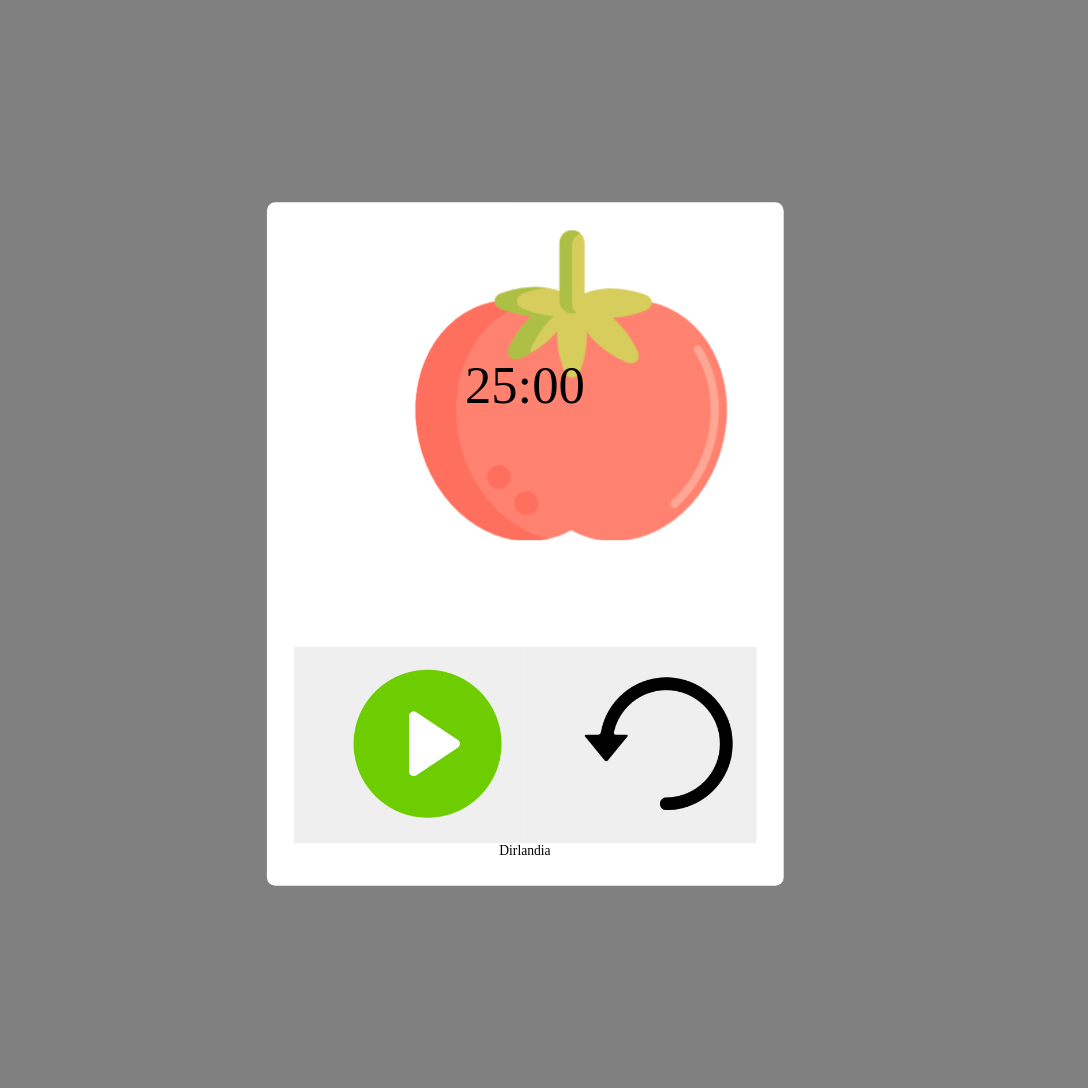
Repository: Dirlandia404/pomodoro
Page: /
The author's editor kept a copy of each file at every save. The page is drawn from the files as they stood at one save, then again after the next save.
The browser window is 1280 px wide. The pictures show the whole page, at 85% of full size.
The project was rebuilt for these pictures with package versions that can differ from the ones it lists, and the page was loaded fresh each time.

Above is the page before, as saved 2021-11-25 10:33:22.

### public/index.html
<!DOCTYPE html>
<html lang="en">

<head>
  <meta charset="utf-8" />
  <link rel="icon" href="%PUBLIC_URL%/image 1.png" />
  <meta name="viewport" content="width=device-width, initial-scale=1" />
  <meta name="theme-color" content="#000000" />
  <meta name="description" content="Web site created using create-react-app" />
  <link rel="apple-touch-icon" href="%PUBLIC_URL%/logo192.png" />
  <!--
      manifest.json provides metadata used when your web app is installed on a
      user's mobile device or desktop. See https://developers.google.com/web/fundamentals/web-app-manifest/
    -->
  <link rel="manifest" href="%PUBLIC_URL%/manifest.json" />
  <!--
      Notice the use of %PUBLIC_URL% in the tags above.
      It will be replaced with the URL of the `public` folder during the build.
      Only files inside the `public` folder can be referenced from the HTML.

      Unlike "/favicon.ico" or "favicon.ico", "%PUBLIC_URL%/favicon.ico" will
      work correctly both with client-side routing and a non-root public URL.
      Learn how to configure a non-root public URL by running `npm run build`.
    -->
  <title>Pomodoro Clock</title>
</head>

<body>
  <noscript>You need to enable JavaScript to run this app.</noscript>
  <div id="root"></div>
  <!--
      This HTML file is a template.
      If you open it directly in the browser, you will see an empty page.

      You can add webfonts, meta tags, or analytics to this file.
      The build step will place the bundled scripts into the <body> tag.

      To begin the development, run `npm start` or `yarn start`.
      To create a production bundle, use `npm run build` or `yarn build`.
    -->
</body>

</html>

### src/index.jsx
import React from "react";
import ReactDOM from "react-dom";
import Clock from "./componentes/Primeiro";

function App() {
    const  tempo ={time:25};

    return(
        <div className="App">
            <Clock trabalho={tempo} />
        </div>
    );
}
ReactDOM.render(
    <App />,
    document.getElementById("root")
)

### src/componentes/Primeiro.jsx
import { useEffect, useState } from "react";
import "./componente.css";

function Clock(props){
  const [time, setTime] = useState(25);

    const tick = () =>{
        if(time === 0){
            reset();
        }else{
            setTime([time -1]);
        }
    }
    const reset = () => setTime(parseInt(time));

    useEffect(() =>{
        const timerId = setInterval(() => tick, 60);
        return () => clearInterval(timerId)
    })
    return (
        <main>
            <form action="">
                <img src="/tomato.svg" alt="Tomate" />
                <p className="time">25:00</p>
                <div className="butoes">
                    <button className="play">
                        <img src="./botao-play.png" alt="" />
                    </button>

                    <button className="reset">
                        <img src="./seta-circular.png" alt="" />
                    </button>
                </div>
            </form>
           <p >Dirlandia</p>
        </main>
    );
}

export default Clock

### src/componentes/componente.css
*{
    margin: 0;
    border: 0;
    padding: 0;
}
body{
    background-color: grey;
    min-width: 100vw;
    min-height: 100vw;
    display: flex;

    text-align: center;
    align-items: center;
    justify-content: center;
}
main {
    background-color: white;
    min-width: 320px;
    max-width: 50%;
    min-height: 40vw;
    margin-left: 20%;

    justify-content: center;

    padding: 2rem;
    border-radius: 10px;

}

form{
    display: flex;
    flex-direction: column;
}

img{
    width: 80%;
    margin-left: 20%;
}
p.time {
    padding: 10%;
    font-size: 62px;
    margin-top: -50%;
}
div.butoes{
    align-items: center;
}
button{
    padding: 5%;
    margin-top: 40%;
    width: 50%;
}

After the next save:
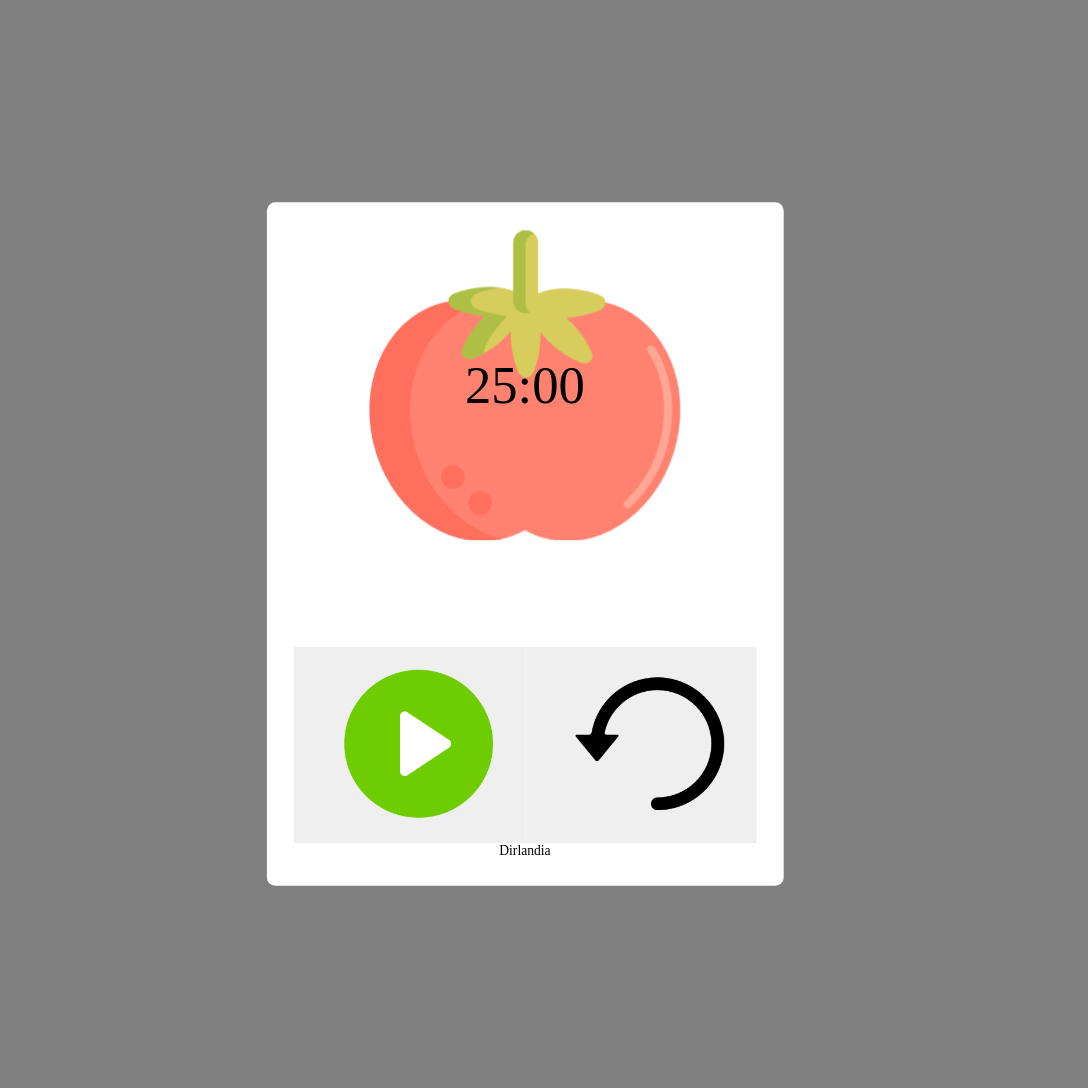
Saved 7 s later.
--- a/src/componentes/componente.css
+++ b/src/componentes/componente.css
@@ -34,7 +34,7 @@ form{
 
 img{
     width: 80%;
-    margin-left: 20%;
+    margin-left: 10%;
 }
 p.time {
     padding: 10%;
